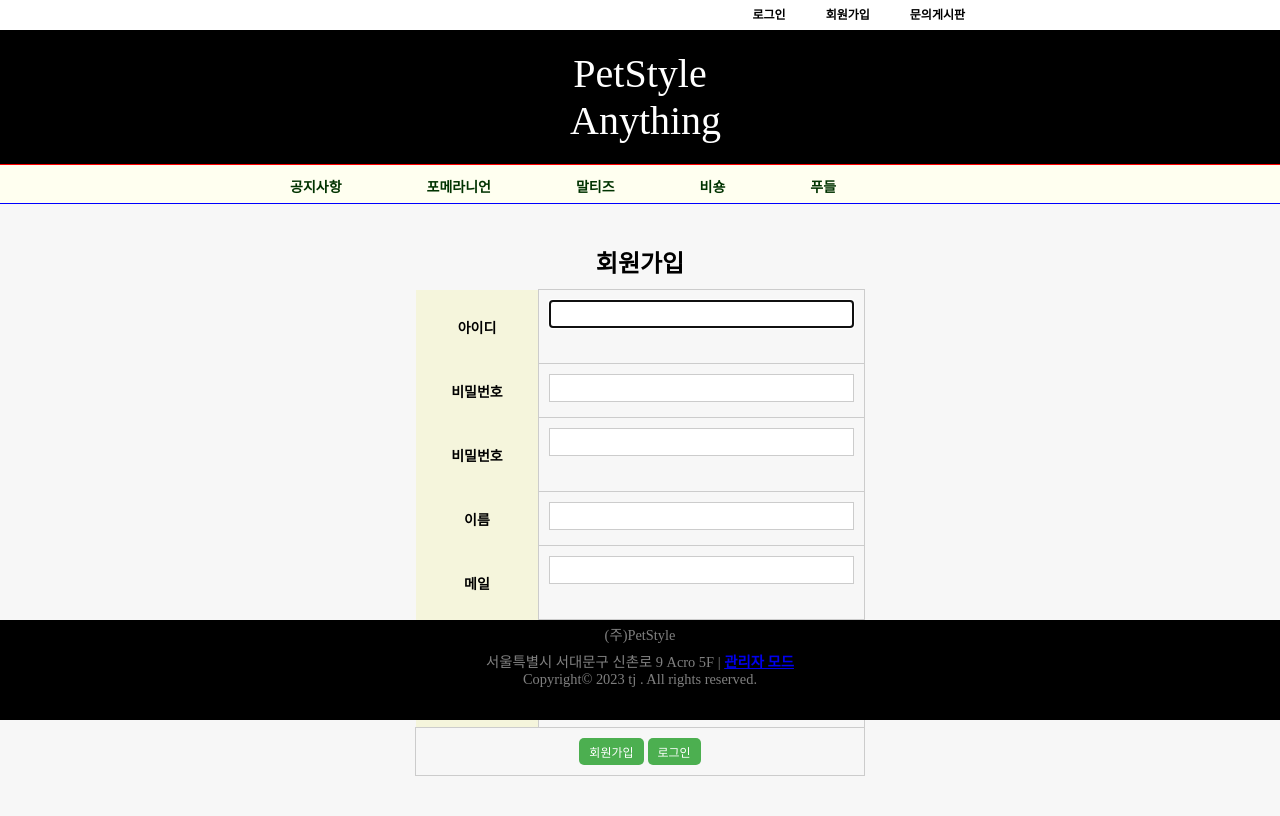
Repository: kdkk2000/Project
Page: http://localhost/petstyle/user/join.jsp
An editor plug-in stored every save of this project. The page is shown before and after the next save, followed by the edit.
The browser window is 1280 px wide. The pictures show the whole page.
The page is served by Tomcat 9. Other server files are loaded and not shown. The template is opened directly, without the code that normally fills it, so the values that code supplies are empty.

Above is the page before, as saved 2023-03-29 07:12:31.

### petstyle/WebContent/user/join.jsp
<%@ page language="java" contentType="text/html; charset=UTF-8"
    pageEncoding="UTF-8"%>
<%@ taglib prefix="c" uri="http://java.sun.com/jsp/jstl/core" %>
<%@ taglib prefix="fmt" uri="http://java.sun.com/jsp/jstl/fmt"%>
<c:set var="conPath" value="${pageContext.request.contextPath }"/>
<!DOCTYPE html>
<html>
<head>
	<meta charset="UTF-8">
	<title>Insert title here</title>
	<link href="${conPath }/css/join.css" rel="stylesheet">
	<link rel="stylesheet" href="//code.jquery.com/ui/1.13.2/themes/base/jquery-ui.css">
  <script src="https://code.jquery.com/jquery-3.6.0.js"></script>
  <script src="https://code.jquery.com/ui/1.13.2/jquery-ui.js"></script>
   <script>
  	$(function(){
  		$('input[name="userId"]').keyup(function(){
  			var userId = $(this).val();
  			if(userId.length<2){
  				$('#userIdConfirmResult').text('아이디는 2글자 이상');
  			}else{
  				$.ajax({
  					url : '${conPath}/userIdConfirm.do',
  					type : 'get',
  					data : 'userId='+userId,
  					dataType : 'html',
  					success : function(data){
  						$('#userIdConfirmResult').html(data);
  					},
  				});// ajax함수
  			}//if
  		});// keyup event

  		$('input[name="userPw"], input[name="userPwChk"]').keyup(function(){
  			var pw = $('input[name="userPw"]').val();
  			var pwChk = $('input[name="userPwChk"]').val();
  			if(pw == pwChk){
  				$('#userPwChkResult').text('비밀번호 일치');
  			}else{
  				$('#userPwChkResult').text('비밀번호 불일치');
  			}
  		});// keyup event(비밀번호 일치 확인용)

  		// macth함수 사용
  		var patternUserEmail = /^[a-zA-Z0-9_\.]+@[a-zA-Z0-9_]+(\.\w+){1,2}$/;
  		$('input[name="userEmail"]').keyup(function(){
  			let userEmail = $(this).val();
  			if(!userEmail){
  				$('#userEmailConfirmResult').html(' &nbsp; ');
  			}else if(!userEmail.match(patternUserEmail)){
  				$('#userEmailConfirmResult').html('<b>메일 형식을 지켜 주세요</b>');
  			}else{
  				$.ajax({
  					url : '${conPath}/userEmailConfirm.do',
  					type : 'get',
  					data : 'userEmail='+userEmail,
  					dataType : 'html',
  					success : function(data){
  						$('#userEmailConfirmResult').html(data);
  					},
  				});
  			}
  		});

  		$('form').submit(function(){
  		// "사용 가능한 ID입니다"(#idConfirmResult), "비밀번호 일치(#pwChkResult)"가 출력되었을 경우만 submit 가능
				var userIdConfirmResult = $('#userIdConfirmResult').text().trim();
  			var userPwChkResult = $('#userPwChkResult').text().trim();
  			var userEmailConfirmResult = $('#userEmailConfirmResult').text().trim();
  			if(userIdConfirmResult != '사용 가능한 ID입니다'){
  				alert('사용 불가한 아이디입니다');
  				$('input[name="userId"]').focus();
  				return false; // submit 제한
  			}else if(userPwChkResult != '비밀번호 일치'){
  				alert('비밀번호를 확인하세요');
  				$('input[name="userPw"]').focus();
  				return false;
  			}else if(userEmailConfirmResult != '사용 가능한 메일' && userEmailConfirmResult!= ''){
  				alert('메일을 확인하세요');
  				$('input[name="userEmail"]').focus();
  				return false;
  			}
  		});
  	});
  </script>
</head>
<body>
	<jsp:include page="../main/header.jsp"/>
	<div id="content_form">
		<form action="${conPath }/join.do" method="post">
			<table>
				<caption>회원가입</caption>
				<tr>
					<th>아이디</th>
					<td>
						<input type="text" name="userId" required="required" autofocus="autofocus">
						<div id="userIdConfirmResult"> &nbsp; </div>
					</td>
				</tr>
				<tr>
					<th>비밀번호</th>
					<td><input type="password" name="userPw" required="required"></td>
				</tr>
				<tr>
					<th>비밀번호</th>
					<td>
						<input type="password" name="userPwChk" required="required">
						<div id="userPwChkResult"> &nbsp; </div>
					</td>
				</tr>
				<tr>
					<th>이름</th>
					<td><input type="text" name="userName" required="required"></td>
				</tr>
				<tr>
					<th>메일</th>
					<td>
						<input type="text" name="userEmail" required="required">
						<div id="userEmailConfirmResult"> &nbsp; </div>
					</td>
				</tr>
				<tr>
					<th>전화번호</th>
					<td><input type="text" name="userPhone"></td>
				</tr>
				<tr>
					<th>주소</th><td><input type="text" name="userAddress"></td>
				</tr>
				<tr>
					<td colspan="2">
						<p>
							<input type="submit" value="회원가입" class="btn">
							<input type="button" value="로그인" class="btn" onclick="location='${conPath}/loginView.do'">
						</p>
					</td>
				</tr>
			</table>
		</form>
	</div>
	<jsp:include page="../main/footer.jsp"/>
</body>
</html>

### petstyle/WebContent/main/header.jsp
<%@ page language="java" contentType="text/html; charset=UTF-8"
    pageEncoding="UTF-8"%>
<%@taglib prefix="c" uri="http://java.sun.com/jsp/jstl/core"%>
<%@taglib prefix="fmt" uri="http://java.sun.com/jsp/jstl/fmt" %>
<c:set var="conPath" value="${pageContext.request.contextPath }"/>
<!DOCTYPE html>
<html>
<head>
	<meta charset="UTF-8">
	<title>Insert title here</title>
<style>
	*{padding:0; margin: 0;}
	header {
		background-color: black; font-size: 10pt; color: white;
	}
	header a {text-decoration: none; font-weight: bold;}
	header li {list-style: none;}
	header .gnb {
	    width: 100%;
	    background-color: white;
	    margin-left: auto;
	}
	header .gnb ul {
		overflow: hidden;
		width:700px;
		height: 30px;
		line-height: 30px;
		margin: 0 auto;
	}
	header .gnb ul li {	float: right; margin-right:10px;}
	header .gnb a {
		color : black;
		font-size: 0.9em;
		display: block;
		padding-left:15px;
		padding-right:15px;
	}
	header .gnb a:hover {
		font-size: 1.2em;
  		background-color: black;
  		color: white;
	}

	header .logo{
		width:140px; text-align:center;
		margin: 20px auto; font-size:3em;
		cursor: pointer;
	}
	header .lnb {
		background-color: ivory;
	  	width: 100%; height: 40px;
	  	border-top: 1px solid red;
		border-bottom: 1px solid blue;
		position:relative; /*서브메뉴가 main영역 위로 */
	}
	header .lnb ul{
		text-align:center;
		overflow: hidden;
		width:800px;
		margin: 0 auto;
	}
	header .lnb ul>li {
		font-weight: bold;
		font-size: 14px;
		margin: 5px;
		margin-left: 20px;
		float:left;
		padding:5px 30px;
		line-height: 25px;
	}
	header .lnb li:hover {
  		background-color: black;
  		color: white;
	}
	header .lnb a {
		color : white;
		font-size: 0.9em;
		display: block;
		padding-left:15px;
		padding-right:15px;
	}
	header .lnb a:hover {
  		background-color: yellow;
  		color: black;
	}
	header .lnb li {color: #003300;}
	header .lnb ul li .subMenu {display:none;}
	header .lnb ul li:hover .subMenu {display: block; margin: 10px 0 0 0;}
</style>
</head>
<body>
<header>
	<c:if test="${empty user and empty admin}"> <%-- 로그인 전 화면 --%>
		<div class="gnb">
			<ul>
				<li><a href="${conPath }/boardList.do">문의게시판</a></li>
				<li><a href="${conPath }/joinView.do">회원가입</a></li>
				<li><a href="${conPath }/loginView.do">로그인</a></li>
			</ul>
		</div>
		<div class="logo" onclick="location.href='${conPath}/main.do'">
			PetStyle Anything
		</div>
		<div class="lnb">
			<ul>
				<li>공지사항
					<ol class="subMenu">
						<li><a href="${conPath }/noticeList.do">공지사항</a></li>
					</ol>
				</li>
				<li>포메라니언
					<ol class="subMenu">
						<li><a href="../fileBoardUp/dog.jpg">곰돌이컷</a></li>
						<li><a href="#">물개컷</a></li>
						<li><a href="#">포메컷</a></li>
						<li><a href="#">라이언컷</a></li>
						<li><a href="#">풀코트</a></li>
					</ol>
				</li>
				<li>말티즈
					<ol class="subMenu">
						<li><a href="#">알밤컷</a></li>
						<li><a href="#">곰돌이컷</a></li>
						<li><a href="#">베이비컷 </a></li>
						<li><a href="#">무스타슈 </a></li>
					</ol>
				</li>
				<li>비숑
					<ol class="subMenu">
						<li><a href="#">하이바컷</a></li>
						<li><a href="#">귀툭튀컷</a></li>
					</ol>
				</li>
				<li>푸들
					<ol class="subMenu">
						<li><a href="#">양컷</a></li>
						<li><a href="#">몽키컷</a></li>
						<li><a href="#">브로콜리컷</a></li>
						<li><a href="#">테디베어컷</a></li>
						<li><a href="#">귀똑컷</a></li>
					</ol>
				</li>
			</ul>
		</div>
	</c:if>
	<c:if test="${not empty user and empty admin}"> <%-- 사용자 모드 로그인 화면--%>
		<div class="gnb">
			<ul>
				<li><a href="${conPath }/boardList.do">문의게시판</a></li>
				<li><a href="${conPath }/logout.do">로그아웃</a></li>
				<li><a href="${conPath }/modifyView.do">정보수정</a></li>
				<li><a>${user.userName }님 &nbsp; ▶</a></li>
			</ul>
		</div>
		<div class="logo" onclick="location.href='${conPath}/main.do'">
			PetStyle Anything
		</div>
		<div class="lnb">
			<ul>
				<li>공지사항
					<ol class="subMenu">
						<li><a href="${conPath }/noticeList.do">공지사항</a></li>
					</ol>
				</li>
				<li>포메라니언
					<ol class="subMenu">
						<li><a href="#">곰돌이컷</a></li>
						<li><a href="#">물개컷</a></li>
						<li><a href="#">포메컷</a></li>
						<li><a href="#">라이언컷</a></li>
						<li><a href="#">풀코트컷</a></li>
					</ol>
				</li>
				<li>말티즈
					<ol class="subMenu">
						<li><a href="#">알밤컷</a></li>
						<li><a href="#">곰돌이컷</a></li>
						<li><a href="#">베이비컷 </a></li>
						<li><a href="#">무스타슈컷 </a></li>
					</ol>
				</li>
				<li>비숑
					<ol class="subMenu">
						<li><a href="#">하이바컷</a></li>
						<li><a href="#">귀툭튀컷</a></li>
					</ol>
				</li>
				<li>푸들
					<ol class="subMenu">
						<li><a href="#">양컷</a></li>
						<li><a href="#">몽키컷</a></li>
						<li><a href="#">브로콜리컷</a></li>
						<li><a href="#">테디베어컷</a></li>
						<li><a href="#">귀똑컷</a></li>
					</ol>
				</li>
			</ul>
		</div>
	</c:if>
	<c:if test="${empty user and not empty admin}"> <%-- 관리자 모드 로그인 화면--%>
		<div class="gnb">
			<ul>
				<li><a href="${conPath }/boardList.do">문의게시판</a></li>
				<li><a href="${conPath }/logout.do">관리자모드나가기</a></li>
				<li><a href="${conPath }/adminModify.do">정보수정</a></li>
				<li><a>${admin.adminName }님 &nbsp; ▶</a></li>
			</ul>
		</div>
		<div class="logo" onclick="location.href='${conPath}/main.do'">
			PetStyle Anything
		</div>
		<div class="lnb">
			<ul>
				<li>공지사항
					<ol class="subMenu">
						<li><a href="${conPath }/noticeList.do">공지사항</a></li>
					</ol>
				</li>
				<li>회원 리스트
					<ol class="subMenu">
						<li><a href="${conPath }/allUser.do">회원 리스트</a></li>
					</ol>
				</li>
				<li>관리자 메모장
					<ol class="subMenu">
						<li><a href="#">관리자 메모장</a></li>
					</ol>
				</li>
			</ul>
		</div>
	</c:if>
</header>
</body>
</html>

### petstyle/WebContent/main/footer.jsp
<%@ page language="java" contentType="text/html; charset=UTF-8"
    pageEncoding="UTF-8"%>
<%@taglib prefix="c" uri="http://java.sun.com/jsp/jstl/core"%>
<%@taglib prefix="fmt" uri="http://java.sun.com/jsp/jstl/fmt" %>
<c:set var="conPath" value="${pageContext.request.contextPath }"/>
<!DOCTYPE html>
<html>
<head>
	<meta charset="UTF-8">
	<title>Insert title here</title>
<style>
	footer {
		position: fixed;
		bottom: 0;
		height: 100px;
		background-color: black;
		width: 100%;
	}

	#footer_conts {
		color: gray;
		font-size: 0.9em;
		text-align: center;
		margin: 0 auto;
		width: 80%;
	}

	#footer_conts p:first-child {
		height: 30px;
		line-height: 30px;
	}
</style>
</head>
<body>
	<footer>
		<div id="footer_conts">
			<p>(주)PetStyle</p>
			<p>서울특별시 서대문구 신촌로 9 Acro 5F | <b><a href="${conPath }/adminLoginView.do">관리자 모드</a></b></p>
			<p>Copyright© 2023 tj . All rights reserved.</p>
		</div>
	</footer>
</body>
</html>

### petstyle/WebContent/css/join.css
@charset "UTF-8";

* {
	box-sizing: border-box;
  	margin: 0;
	padding: 0;
}

body {
  	background-color: #f7f7f7;
}

#content_form {
  	margin: 40px auto;
  	width: 450px;
}

table {
  	border-collapse: collapse;
  	margin: 0 auto;
  	width: 100%;
  	font-size: 16px;
}

table caption {
  	font-size: 24px;
  	font-weight: bold;
  	margin-bottom: 10px;
}

table th {
  	background-color: beige;
  	color: black;
  	font-size: 14px;
  	padding: 10px;
  	text-align: center;
}

table td {
  	border: 1px solid #ccc;
  	padding: 10px;
}

table td:first-child {
  	font-weight: bold;
  	width: 100px;
}

input[type="text"],
input[type="password"],
textarea {
  	border: 1px solid #ccc;
  	padding: 6px;
  	font-size: 12px;
  	width: 100%;
  	margin-bottom: 5px;
}

#userIdConfirmResult,
#userPwChkResult,
#userEmailConfirmResult {
  	font-size: 12px;
  	font-weight: bold;
  	color: red;
  	margin-top: 5px;
}

#adminIdConfirmResult,
#adminPwChkResult,
#adminEmailConfirmResult {
  	font-size: 12px;
  	font-weight: bold;
  	color: red;
  	margin-top: 5px;
}

p{
	text-align: center;
}

.btn {
  	display: inline-block;
  	margin: 0 auto;
  	background-color: #4CAF50;
  	border: none;
  	border-radius: 5px;
  	color: #fff;
  	cursor: pointer;
  	font-size: 12px;
  	padding: 5px 10px;
}

.btn:hover {
  	background-color: black;
}

.btn:last-child {
  	margin-right: 0;
}

After the next save:
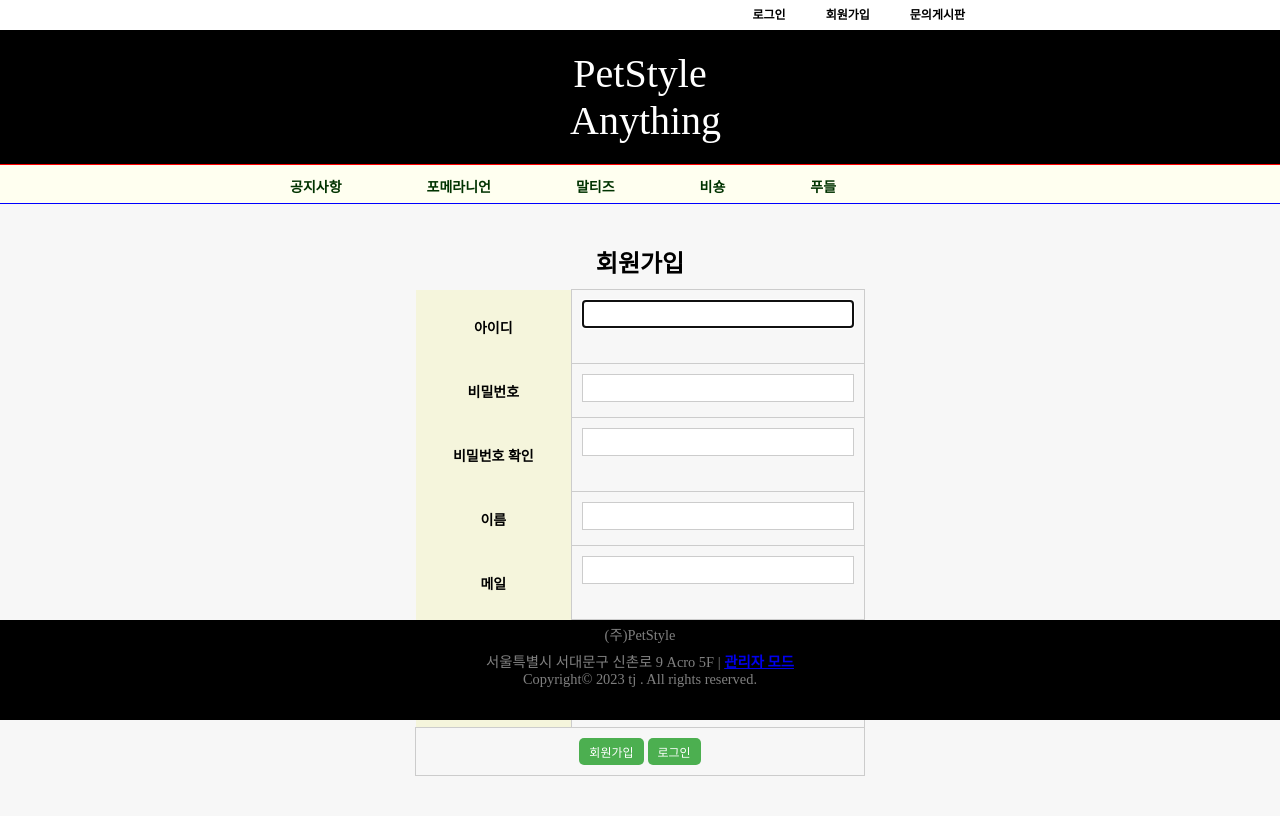
Saved 50 min 29 s later.
--- a/petstyle/WebContent/user/join.jsp
+++ b/petstyle/WebContent/user/join.jsp
@@ -102,7 +102,7 @@
 					<td><input type="password" name="userPw" required="required"></td>
 				</tr>
 				<tr>
-					<th>비밀번호</th>
+					<th>비밀번호 확인</th>
 					<td>
 						<input type="password" name="userPwChk" required="required">
 						<div id="userPwChkResult"> &nbsp; </div>
